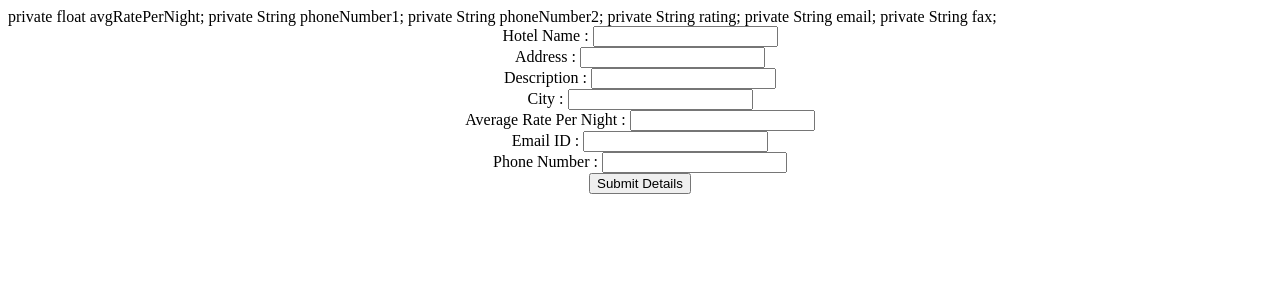
Repository: dishangjain/SpringProject
Page: http://localhost/HotelBookingManagementSystem/JSPs/AddNewHotel.jsp
These files come from the project's save history. The page is drawn as it stood at one moment and after the next save; the edit follows.
The browser window is 1280 px wide. The pictures show the whole page.
The page is served by Tomcat 9. Nobody is signed in. The application's start-up code is not run. The template is opened directly, without the code that normally fills it, so the values that code supplies are empty.

Above is the page before, as saved 2017-10-14 09:28:53.

After the next save:
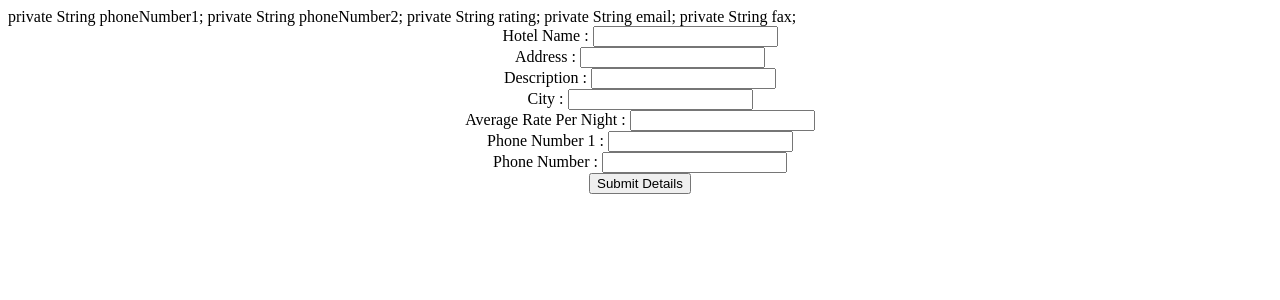
Saved 31 s later.
--- a/HotelBookingManagementSystem/WebContent/JSPs/AddNewHotel.jsp
+++ b/HotelBookingManagementSystem/WebContent/JSPs/AddNewHotel.jsp
@@ -10,7 +10,6 @@
 	<body>
 
 
-	private float avgRatePerNight;
 	private String phoneNumber1;
 	private String phoneNumber2;
 	private String rating;
@@ -37,8 +36,8 @@
 		  		<label for="avgRatePerNight">Average Rate Per Night :</label>
 		  		<form:input path="avgRatePerNight" id="avgRatePerNight" type="text"/><br/>
 
-		  		<label for="email">Email ID :</label>
-		  		<form:input path="email" id="email" type="text"/><br/>
+		  		<label for="phoneNumber1">Phone Number 1 :</label>
+		  		<form:input path="phoneNumber1" id="phoneNumber1" type="text"/><br/>
 
 		  		<label for="phoneNumber">Phone Number :</label>
 		  		<form:input path="phoneNumber" id="phoneNumber" type="text"/><br/>
